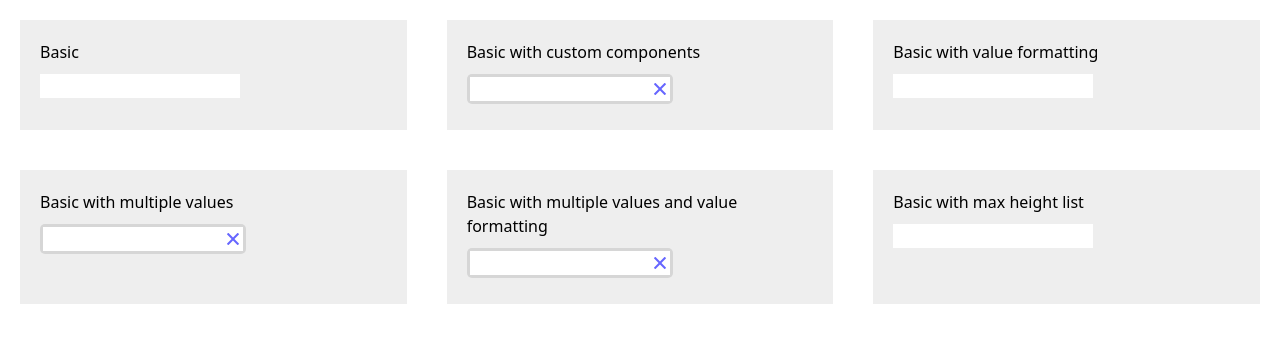
Repository: Frexity/frx-react
Page: / (app in ui/react-select/)
The author's editor kept a copy of each file at every save. The page is drawn from the files as they stood at one save, then again after the next save.
The browser window is 1280 px wide. The pictures show the whole page.
Some web libraries are served in a nearby version. The project was rebuilt for these pictures with package versions that can differ from the ones it lists, and the page was loaded fresh each time. Also part of the build but not shown: ui/react-select/vite.config.ts, ui/react-select/src/CustomSelectComponents/ListLoadingIndicator.tsx, ui/react-select/src/dummy-components/ControlLoadingIndicator.tsx, ui/react-select/src/dummy-components/ListLoadingIndicator.tsx.

Above is the page before, as saved 2022-08-21 01:22:48.

### ui/react-select/index.html
<!DOCTYPE html>
<html lang="en">
  <head>
    <meta charset="UTF-8" />
    <link rel="icon" type="image/svg+xml" href="/vite.svg" />
    <meta name="viewport" content="width=device-width, initial-scale=1.0" />
    <title>React Select</title>
    <script src="https://cdn.tailwindcss.com/3.1.8"></script>
  </head>
  <body>
    <div id="root"></div>
    <script type="module" src="/src/main.tsx"></script>
  </body>
</html>

### ui/react-select/src/App.tsx
import './styles.css'

import { ClearIndicator } from './CustomSelectComponents/ClearIndicator'
import { Control } from './CustomSelectComponents/Control'
import { ListLoadingIndicator } from './CustomSelectComponents/ListLoadingIndicator'
import { Option } from './CustomSelectComponents/Option'
import { dummyComponents } from './dummy-components'
import { Select } from './Select'
import { ValueContainer } from './CustomSelectComponents/ValueContainer'
// import { AsyncSelect } from './Select/Async'

const options = [
  { label: 'Option 1', value: '1' },
  { label: 'Option 2', value: '2' },
  { label: 'Option 3', value: '3' },
  { label: 'Option 4', value: '4' },
  { label: 'Option 5', value: '5' },
  { label: 'Option 6', value: '6' },
  { label: 'Option 7', value: '7' },
  { label: 'Option 8', value: '8' },
  { label: 'Option 9', value: '9' },
  { label: 'Option 10', value: '10' },
]

const customComponents = {
  Option,
  Control,
  ClearIndicator,
  ListLoadingIndicator,
  ValueContainer,
}

export default function App() {
  return (
    <div className="cards">
      <div className="card">
        <h3>Basic</h3>
        <Select options={options} components={dummyComponents} />
      </div>
      <div className="card">
        <h3>Basic with custom components</h3>
        <Select options={options} components={customComponents} />
      </div>
      <div className="card">
        <h3>Basic with value formatting</h3>
        <Select
          options={options}
          components={dummyComponents}
          selectedValueFormatter={(value) => {
            return value ? `This is value: ${value}` : null
          }}
        />
      </div>
      <div className="card">
        <h3>Basic with multiple values</h3>
        <Select options={options} components={customComponents} canSelectMultipleValues />
      </div>
      <div className="card">
        <h3>Basic with multiple values and value formatting</h3>
        <Select
          options={options}
          components={customComponents}
          canSelectMultipleValues
          selectedValueFormatter={(value) => {
            return value ? `This is value: ${value}` : null
          }}
        />
      </div>
      {/* <div className="card">
        <h3>TODO: Basic with initial value</h3>
        <Select options={options} components={customComponents} canSelectMultipleValues />
      </div> */}
      <div className="card">
        <h3>Basic with max height list</h3>
        <Select
          options={options}
          components={dummyComponents}
          optionsListProps={{
            maxHeight: 150,
          }}
        />
      </div>
      {/* <div className="card">
        <h3>Async</h3>
        <AsyncSelect
          options={options}
          components={dummyComponents}
          asyncOptions={{
            url: 'https://jsonplaceholder.typicode.com/albums',
            startPage: 0,
            perPage: 4,
            queryAttribute: 'page',
            labelAttribute: 'title',
            valueAttribute: 'id',
            loadOnMount: true,
          }}
        />
      </div> */}
      {/* <div className="card">
        <h3>TODO: Async with initial value</h3>
        <AsyncSelect
          options={options}
          components={dummyComponents}
          asyncOptions={{
            url: 'https://jsonplaceholder.typicode.com/albums',
            startPage: 0,
            perPage: 4,
            queryAttribute: 'page',
            labelAttribute: 'title',
            valueAttribute: 'id',
            loadOnMount: true,
          }}
        />
      </div> */}
    </div>
  )
}

### ui/react-select/src/styles.css
.dropdown {
  position: fixed;
  border: 1px solid red;
  display: none;
  z-index: 1;
  background: white;
}

input:focus + .dropdown {
  display: block;
}

.card {
  margin: 20px;
  padding: 20px;
  background-color: #eee;
  overflow: hidden;
  overflow-y: scroll;
}

h3 {
  margin-bottom: 10px;
}

.cards {
  display: grid;
  grid-template-columns: repeat(auto-fill, minmax(400px, 1fr));
}

### ui/react-select/src/CustomSelectComponents/ClearIndicator.tsx
import { memo } from 'react'
import { ClearIndicatorComponentProps } from '../Select/types'

export const ClearIndicator = memo(({ clearIndicatorContainerStyles, onClick }: ClearIndicatorComponentProps) => {
  return (
    <div style={clearIndicatorContainerStyles} onClick={onClick}>
      <svg viewBox="0 0 460.775 460.775" style={{ width: 12, height: 12 }}>
        <path
          fill="#66f"
          d="M285.08,230.397L456.218,59.27c6.076-6.077,6.076-15.911,0-21.986L423.511,4.565c-2.913-2.911-6.866-4.55-10.992-4.55  c-4.127,0-8.08,1.639-10.993,4.55l-171.138,171.14L59.25,4.565c-2.913-2.911-6.866-4.55-10.993-4.55  c-4.126,0-8.08,1.639-10.992,4.55L4.558,37.284c-6.077,6.075-6.077,15.909,0,21.986l171.138,171.128L4.575,401.505  c-6.074,6.077-6.074,15.911,0,21.986l32.709,32.719c2.911,2.911,6.865,4.55,10.992,4.55c4.127,0,8.08-1.639,10.994-4.55  l171.117-171.12l171.118,171.12c2.913,2.911,6.866,4.55,10.993,4.55c4.128,0,8.081-1.639,10.992-4.55l32.709-32.719  c6.074-6.075,6.074-15.909,0-21.986L285.08,230.397z"
        />
      </svg>
    </div>
  )
})

### ui/react-select/src/CustomSelectComponents/Control.tsx
import { ControlComponentProps } from '../Select/types'

export const Control = ({ controlStyles, children }: ControlComponentProps) => {
  return (
    <div
      style={{
        ...controlStyles,
        borderRadius: 5,
        padding: 3,
        backgroundColor: '#d6d6d6',
      }}
    >
      {children}
    </div>
  )
}

### ui/react-select/src/CustomSelectComponents/Option.tsx
import { memo } from 'react'
import { OptionComponentProps } from '../Select/types'

export const Option = memo(({ isSelected, label, onSelect }: OptionComponentProps) => {


  return (
    <li className="text-gray-900 cursor-pointer py-2 pl-3 pr-9 hover:bg-sky-300" onClick={onSelect}>
      <div className="flex items-center">
        <img
          src="https://images.unsplash.com/photo-1491528323818-fdd1faba62cc?ixlib=rb-1.2.1&ixid=eyJhcHBfaWQiOjEyMDd9&auto=format&fit=facearea&facepad=2&w=256&h=256&q=80"
          alt=""
          className="flex-shrink-0 h-6 w-6 rounded-full"
        />
        <span className={`${isSelected ? 'font-bold text-blue-700' : 'font-normal'} ml-3 block truncate`}>{label}</span>
      </div>
    </li>
  )
})

### ui/react-select/src/dummy-components/index.ts
import { Control } from './Control'
import { ClearIndicator } from './ClearIndicator'
import { ControlLoadingIndicator } from './ControlLoadingIndicator'
import { ListLoadingIndicator } from './ListLoadingIndicator'
import { Option } from './Option'
import { ValueContainer } from './ValueContainer'

export const dummyComponents = {
  Control,
  ClearIndicator,
  ControlLoadingIndicator,
  ListLoadingIndicator,
  Option,
  ValueContainer,
}

### ui/react-select/src/Select/index.tsx
import { InnerSelect } from './common'
import { SelectProvider } from './Context'
import { OutsideClickHandler } from './OutsideClickHandler'
import { SelectProps } from './types'

export const Select = ({
  selectedValueFormatter,
  options,
  components,
  optionsListProps,
  canSelectMultipleValues,
}: Omit<SelectProps, 'asyncOptions' | 'AsyncHandler'>) => {
  // const [o, setO] = useState(options);

  // Test setting options from outside the context/component
  /*
  useEffect(() => {
    setTimeout(() => {
      setO([{ label: "New", value: "x" }]);
    }, 2000);
  }, []);
  console.log({ o });
  */

  return (
    <SelectProvider value={{ options }}>
      <OutsideClickHandler>
        <InnerSelect
          selectedValueFormatter={selectedValueFormatter}
          components={components}
          optionsListProps={optionsListProps}
          canSelectMultipleValues={canSelectMultipleValues}
        />
      </OutsideClickHandler>
    </SelectProvider>
  )
}

### ui/react-select/src/CustomSelectComponents/ValueContainer.tsx
import { memo } from 'react'
import { ValueContainerComponentProps } from '../Select/types'

export const ValueContainer = memo(({ children }: ValueContainerComponentProps) => {
  return <div style={{ width: 200, backgroundColor: '#pink', padding: '5px 10px' }}>{children}</div>
})

### ui/react-select/src/dummy-components/Control.tsx
import { ControlComponentProps } from '../Select/types'

export const Control = ({ controlStyles, children }: ControlComponentProps) => {
  return <div style={controlStyles}>{children}</div>
}

### ui/react-select/src/dummy-components/ClearIndicator.tsx
import { memo } from 'react'
import { ClearIndicatorComponentProps } from '../Select/types'

export const ClearIndicator = memo(
  ({ clearIndicatorContainerStyles, onClick, selectedValues }: ClearIndicatorComponentProps) => {
    return (
      <div
        style={{ ...clearIndicatorContainerStyles, ...{ display: selectedValues ? 'initial' : 'none' } }}
        onClick={onClick}
      >
        X
      </div>
    )
  },
)

### ui/react-select/src/dummy-components/Option.tsx
import { memo } from 'react'
import { OptionComponentProps } from '../Select/types'

export const Option = memo(({ isSelected, label, onSelect }: OptionComponentProps) => {
  return (
    <div style={{ fontWeight: isSelected ? 'bold' : 'normal' }} onClick={onSelect}>
      {label}
    </div>
  )
})

### ui/react-select/src/dummy-components/ValueContainer.tsx
import { memo } from 'react'
import { ValueContainerComponentProps } from '../Select/types'

export const ValueContainer = memo(({ children }: ValueContainerComponentProps) => {
  return <div style={{ width: 200, backgroundColor: '#fff', height: 24 }}>{children}</div>
})

### ui/react-select/src/Select/common.tsx
import { useContext } from 'react'
import { ClearIndicator } from './ClearIndicator'
import { SelectContext } from './Context'
import { Options } from './Options'
import { OptionsDropdown } from './OptionsDropdown'
import { OptionsList } from './OptionsList'
import { selectStyles } from './styles'
import { SelectProps } from './types'
import { ValueContainer } from './ValueContainer'

export const InnerSelect = ({
  selectedValueFormatter,
  components,
  optionsListProps,
  asyncOptions,
  AsyncHandler,
  canSelectMultipleValues,
}: Omit<SelectProps, 'options'>) => {
  const { state } = useContext<any>(SelectContext)

  return (
    <>
      <components.Control controlStyles={selectStyles.control}>
        <ValueContainer
          selectedValueFormatter={selectedValueFormatter}
          ValueContainerComponent={components.ValueContainer}
        />
        {components.ClearIndicator && <ClearIndicator ClearIndicatorComponent={components.ClearIndicator} />}
        {components.ControlLoadingIndicator && <components.ControlLoadingIndicator isVisible={state.isLoading} />}
      </components.Control>
      <OptionsDropdown>
        {components.ListLoadingIndicator && (
          <components.ListLoadingIndicator isVisible={state.isOpen && state.isLoading} />
        )}
        <OptionsList optionsListProps={optionsListProps} isAsync={!!asyncOptions}>
          <Options OptionComponent={components.Option} canSelectMultipleValues={canSelectMultipleValues} />
        </OptionsList>
      </OptionsDropdown>
      {AsyncHandler && <AsyncHandler asyncOptions={asyncOptions} />}
    </>
  )
}

### ui/react-select/src/Select/Context.tsx
import React, { useReducer, createContext, useId, useEffect, PropsWithChildren } from 'react'

function reducer(state: any, action: any) {
  return { ...state, ...action }
}

const SelectContext = createContext({}) as any

const SelectProvider = ({ children, value }: PropsWithChildren<{ value: any }>) => {
  const inputElementId = useId()
  const listElementId = useId()
  const dropdownElementId = useId()

  const initialState = {
    isOpen: false,
    hasReachedBottom: false,
    isLoading: false,
    inputElementId,
    dropdownElementId,
    listElementId,
    options: value.options,
    selectedValues: null,
  }
  const [state, dispatch] = useReducer(reducer, initialState)
  const store = React.useMemo(() => ({ state, dispatch }), [state])

  /*
  TODO:
  - Get scroll ref, to scrollToTop when it opens
  */

  // Update options when they come from the outside
  useEffect(() => {
    dispatch({ options: value.options })
  }, [value.options])

  return <SelectContext.Provider value={store}>{children}</SelectContext.Provider>
}

export { SelectContext, SelectProvider }

### ui/react-select/src/Select/OutsideClickHandler.tsx
import { memo, ReactNode, useContext, useEffect, useRef } from 'react'
import { SelectContext } from './Context'

interface OutsideClickHandlerProps {
  children: ReactNode
}

const useOutsideClick = (callback: any) => {
  const ref = useRef<any>()

  useEffect(() => {
    const handleClick = (event: MouseEvent) => {
      if (ref.current && !ref.current.contains(event.target)) {
        callback()
      }
    }

    document.addEventListener('mousedown', handleClick, true)

    return () => {
      document.removeEventListener('mousedown', handleClick, true)
    }
  }, [ref, callback])

  return ref
}

export const OutsideClickHandler = memo(({ children }: OutsideClickHandlerProps) => {
  const { dispatch } = useContext<any>(SelectContext)

  const ref = useOutsideClick(() => {
    dispatch({ isOpen: false })
  })

  return <span ref={ref}>{children}</span>
})

### ui/react-select/src/Select/ClearIndicator.tsx
import { ComponentType, useCallback, useContext } from 'react'
import { SelectContext } from './Context'

import { selectStyles } from './styles'
import { ClearIndicatorComponentProps } from './types'

interface ClearIndicatorProps {
  ClearIndicatorComponent: ComponentType<ClearIndicatorComponentProps>
}

export const ClearIndicator = ({ ClearIndicatorComponent }: ClearIndicatorProps) => {
  const { state, dispatch } = useContext<any>(SelectContext)

  const handleClick = useCallback(() => {
    dispatch({ selectedValues: null })
  }, [dispatch])

  return (
    <ClearIndicatorComponent
      onClick={handleClick}
      selectedValues={state.selectedValues}
      clearIndicatorContainerStyles={selectStyles.clearIndicator}
    />
  )
}

### ui/react-select/src/Select/Options.tsx
import { memo, useCallback, useContext } from 'react'
import { SelectContext } from './Context'
import { OptionType, SelectComponents } from './types'
import { toggleValue } from './utils'

interface InnerOptionsProps {
  OptionComponent: any
  onSelect: any
  options: any
  selectedValues: any
}

const InnerOptions = memo(({ selectedValues, options, onSelect, OptionComponent }: InnerOptionsProps) => {
  return (
    <>
      {options.map((option: OptionType) => {
        const isSelected = Array.isArray(selectedValues)
          ? selectedValues.includes(option.value)
          : selectedValues === option.value

        return (
          <OptionComponent
            key={option.value}
            label={option.label}
            value={option.value}
            isSelected={isSelected}
            onSelect={() => {
              onSelect(option.value)
            }}
          />
        )
      })}
    </>
  )
})

interface OptionsProps {
  OptionComponent: SelectComponents['Option']
  canSelectMultipleValues: boolean | undefined
}

export const Options = ({ OptionComponent, canSelectMultipleValues }: OptionsProps) => {
  const { state, dispatch } = useContext<any>(SelectContext)

  const onSelect = useCallback(
    (value: string) => {
      if (canSelectMultipleValues) {
        const newValues = toggleValue({ value, selectedValues: state.selectedValues })
        dispatch({ selectedValues: newValues, isOpen: false })
        return
      }
      dispatch({ selectedValues: value, isOpen: false })
    },
    [dispatch, state.selectedValues, canSelectMultipleValues],
  )

  return (
    <InnerOptions
      options={state.options}
      OptionComponent={OptionComponent}
      selectedValues={state.selectedValues}
      onSelect={onSelect}
    />
  )
}

### ui/react-select/src/Select/OptionsDropdown.tsx
import { SelectContext } from './Context'
import { ReactNode, useContext, useEffect } from 'react'

import { getScrollParent, normalizedHeight, setMenuPosition } from './utils'

interface OptionsDropdownProps {
  children: ReactNode
}

export const OptionsDropdown = ({ children }: OptionsDropdownProps) => {
  const { state } = useContext<any>(SelectContext)

  // TODO: Reposition on window resize
  useEffect(() => {
    // TODO: Get unique ID instead
    const dropdown = document.getElementById(state.dropdownElementId)
    if (!dropdown) {
      return
    }

    const input = document.getElementById(state.inputElementId)
    if (!input) {
      return
    }
    if (!state.isOpen) {
      dropdown.style.display = 'none'
      return
    }

    const parent = getScrollParent(input)

    const style = getComputedStyle(input)

    const borderTopWidth = parseInt(style.borderTopWidth, 10) || 0
    const borderLeftWidth = parseInt(style.borderLeftWidth, 10) || 0
    const borderBottomWidth = parseInt(style.borderBottomWidth, 10) || 0
    const inputHeight = normalizedHeight(input) + borderTopWidth + borderBottomWidth

    setMenuPosition(dropdown, input, inputHeight, borderLeftWidth)

    function scrollEventHandler(this: HTMLElement) {
      if (!dropdown) {
        return
      }
      setMenuPosition(dropdown, this, inputHeight, borderLeftWidth)
    }

    parent.addEventListener('scroll', scrollEventHandler.bind(input))

    dropdown.style.display = 'initial'
  }, [state.isOpen, state.inputElementId, state.dropdownElementId])

  return (
    <div className="dropdown" id={state.dropdownElementId}>
      {children}
    </div>
  )
}

### ui/react-select/src/Select/OptionsList.tsx
import { SelectContext } from './Context'
import { useContext, memo, useCallback, useEffect, PropsWithChildren } from 'react'
import { scrollIsAtBottom } from './utils'
import { SelectProps } from './types'

interface InnerOptionsListProps {
  isAsync: boolean
  optionsListProps: SelectProps['optionsListProps']
  onReachedBottom: (() => void) | undefined
  listElementId: string
}

const InnerOptionsList = memo(
  ({
    children,
    isAsync,
    optionsListProps,
    onReachedBottom,
    listElementId,
  }: PropsWithChildren<InnerOptionsListProps>) => {
    useEffect(() => {
      if (!isAsync) {
        return
      }
      const element = document.getElementById(listElementId)
      if (!element) {
        return
      }

      function checkIfAtBottom() {
        if (element && scrollIsAtBottom(element)) {
          onReachedBottom && onReachedBottom()
        }
      }
      element.addEventListener('scroll', checkIfAtBottom)

      return () => {
        element.removeEventListener('scroll', checkIfAtBottom)
      }
    }, [onReachedBottom, listElementId, isAsync])

    return (
      <div
        id={listElementId}
        style={{
          maxHeight: optionsListProps?.maxHeight || 'unset',
          overflowY: optionsListProps?.maxHeight ? 'scroll' : 'unset',
        }}
      >
        <ul>{children}</ul>
      </div>
    )
  },
)

interface OptionsListProps {
  isAsync: boolean
  optionsListProps: any
}

export const OptionsList = ({ children, optionsListProps, isAsync }: PropsWithChildren<OptionsListProps>) => {
  const { state, dispatch } = useContext<any>(SelectContext)

  const onReachedBottom = useCallback(() => {
    if (state.hasReachedBottom) {
      return
    }
    dispatch({ hasReachedBottom: true })
  }, [dispatch, state.hasReachedBottom])

  return (
    <InnerOptionsList
      isAsync={isAsync}
      optionsListProps={optionsListProps}
      onReachedBottom={isAsync ? onReachedBottom : undefined}
      listElementId={state.listElementId}
    >
      {children}
    </InnerOptionsList>
  )
}

### ui/react-select/src/Select/styles.ts
export const selectStyles = {
  clearIndicator: {
    position: 'absolute' as const,
    top: 0,
    right: 0,
    bottom: 0,
    display: 'flex',
    padding: '0 7px',
    justifyContent: 'center',
    alignItems: 'center',
    cursor: 'pointer',
  },
  control: {
    position: 'relative' as const,
    display: 'inline-block',
  },
}

### ui/react-select/src/Select/ValueContainer.tsx
import { memo, useCallback, useContext } from 'react'
import { SelectContext } from './Context'
import { SelectComponents, SelectProps } from './types'

interface ValueContainerProps {
  selectedValueFormatter: SelectProps['selectedValueFormatter']
  ValueContainerComponent: SelectComponents['ValueContainer']
}

export const ValueContainer = memo(({ selectedValueFormatter, ValueContainerComponent }: ValueContainerProps) => {
  const { state, dispatch } = useContext<any>(SelectContext)

  const onFocus = useCallback(() => {
    dispatch({ isOpen: true })
  }, [dispatch])

  const formattedValue = selectedValueFormatter
    ? Array.isArray(state.selectedValues)
      ? state.selectedValues.map(selectedValueFormatter)
      : selectedValueFormatter(state.selectedValues)
    : state.selectedValues

  return (
    <div id={state.inputElementId} onClick={onFocus} style={{ width: 200, backgroundColor: '#fff', height: 24 }}>
      <ValueContainerComponent>{formattedValue}</ValueContainerComponent>
    </div>
  )
})

### ui/react-select/src/Select/utils.ts
export function getScrollParent(element: HTMLElement) {
  let style = window.getComputedStyle(element)
  const excludeStaticParent = style.position === 'absolute'
  const overflowRegex = /(auto|scroll)/
  const documentElement = document.documentElement

  if (style.position === 'fixed') {
    return documentElement
  }

  // eslint-disable-next-line @typescript-eslint/ban-ts-comment
  // @ts-ignore
  for (let parent = element; (parent = parent.parentElement); ) {
    style = window.getComputedStyle(parent)
    if (excludeStaticParent && style.position === 'static') {
      continue
    }
    if (overflowRegex.test(style.overflow + style.overflowY + style.overflowX)) {
      return parent
    }
  }

  return documentElement
}

export function getScrollTop(el: HTMLElement) {
  if (isDocumentElement(el)) {
    return window.scrollY
  }
  return el.scrollTop
}

export function normalizedHeight(el: HTMLElement) {
  if (isDocumentElement(el)) {
    return window.innerHeight
  }

  return el.clientHeight
}

export function isDocumentElement(el: HTMLElement) {
  return [document.documentElement, document.body, window].indexOf(el) > -1
}

// https://github.com/JedWatson/react-select/blob/b0411ff46bc1ecf45d9bca4fb58fbce1e57f847c/packages/react-select/src/internal/useScrollCapture.js

export function setMenuPosition(dropdown: HTMLElement, element: HTMLElement, inputHeight: number, leftOffset: number) {
  // Done with JS instead of React, otherwise it will lag behind
  const offset = element.getBoundingClientRect()
  const top = offset.top
  const left = offset.left
  dropdown.style.top = `${top + inputHeight}px`
  dropdown.style.left = `${left + leftOffset}px`
}

export function scrollIsAtBottom(node: HTMLElement) {
  return node.scrollTop + node.offsetHeight === node.scrollHeight
}

export function sleep(ms: number) {
  return new Promise((resolve) => setTimeout(resolve, ms))
}

export function toggleValue({ value, selectedValues }: { value: string; selectedValues: string[] | null }) {
  const wrappedSelectedValues = selectedValues ? [...selectedValues] : []
  if (wrappedSelectedValues.includes(value)) {
    const newValues = wrappedSelectedValues.filter((v) => v !== value)
    return newValues.length === 0 ? null : newValues
  }
  return [...wrappedSelectedValues, value]
}

Loaded but not shown: ui/react-select/src/main.tsx (common file)

After the next save:
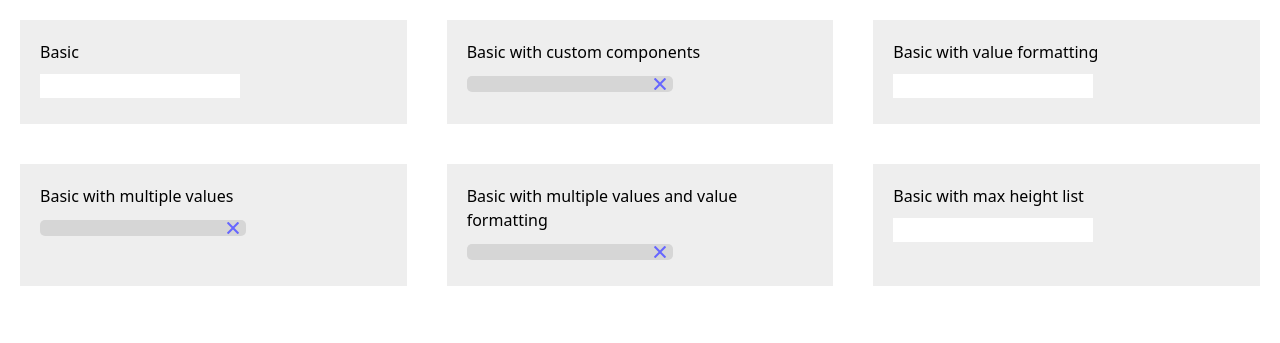
Saved 52 s later.
--- a/ui/react-select/src/Select/ValueContainer.tsx
+++ b/ui/react-select/src/Select/ValueContainer.tsx
@@ -21,7 +21,7 @@ export const ValueContainer = memo(({ selectedValueFormatter, ValueContainerComp
     : state.selectedValues
 
   return (
-    <div id={state.inputElementId} onClick={onFocus} style={{ width: 200, backgroundColor: '#fff', height: 24 }}>
+    <div id={state.inputElementId} onClick={onFocus}>
       <ValueContainerComponent>{formattedValue}</ValueContainerComponent>
     </div>
   )
